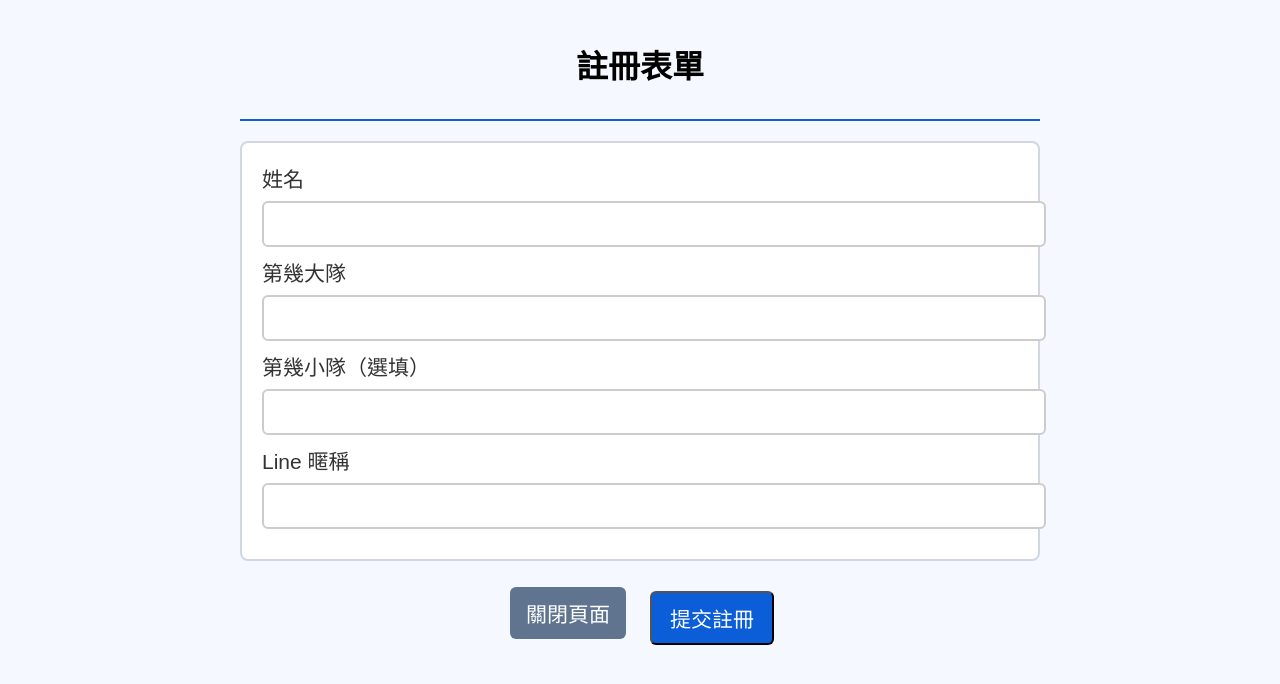
Repository: mommygoose40/register
Page: index.html
An editor plug-in stored every save of this project. The page is shown before and after the next save, followed by the edit.
The browser window is 1280 px wide. The pictures show the whole page.

Above is the page before, as saved 2025-11-11 16:50:09.

### index.html
<!DOCTYPE html>
<html lang="zh-TW">
<head>
  <meta charset="UTF-8">
  <meta name="viewport" content="width=device-width, initial-scale=1.0">
  <title>防汛志工註冊表單</title>
  <style>
    /* === 基本排版設定 === */
    body {
      font-family: Arial, sans-serif;
      background-color: #f5f8ff;  /* 背景顏色 */
      color: #000;                /* 文字顏色 */
      margin: 0;
      padding: 0;
    }

    /* 內容區域的最大寬度 */
    .container {
      max-width: 800px;
      margin: 0 auto;   /* 居中 */
      padding: 20px;
    }

    /* 頁面標題樣式 */
    .header {
      text-align: center;
      color: #000;
      border-bottom: 2px solid #0b5ed7; /* 底部藍色邊框 */
      padding-bottom: 10px;
      margin-bottom: 20px;
    }

    /* 表單區塊樣式 */
    .form-section {
      background: white;
      border-radius: 8px;
      border: 2px solid #d0d7e2;  /* 輕灰色邊框 */
      padding: 20px;
      margin-bottom: 20px;
    }

    /* 輸入框的樣式 */
    label {
      font-size: 21px;  /* 文字大小與異常類型選項一致 */
      color: #333;
      margin-bottom: 8px;
      display: inline-block;
    }

    input[type="text"],
    input[type="number"] {
      padding: 12px;
      width: 100%;  /* 確保輸入框寬度100% */
      max-width: 100%;  /* 限制最大寬度 */
      border: 2px solid #ccc;
      border-radius: 6px;
      font-size: 16px;
      margin-bottom: 10px;
    }

    /* 按鈕樣式 */
    .ui-btn {
      display: inline-flex;
      align-items: center;
      justify-content: center;
      padding: 8px 16px;         /* 減少按鈕的間距 */
      margin: 6px 4px;            /* 按鈕外邊距 */
      background: #0b5ed7;        /* 藍色按鈕背景顏色 */
      color: #fff;                /* 文字顏色 */
      border: none;               /* 去除邊框 */
      border-radius: 6px;         /* 圓角設計 */
      font-size: 21px;            /* 字體大小較小，與其他元素一致 */
      cursor: pointer;
    }

    .ui-btn:active {
      filter: brightness(0.7);  /* 按鈕被按下時的亮度變暗效果 */
    }

    /* 灰色型按鈕 */
    .ui-btn.gray {
      background: #60748f;
    }

    /* 提交按鈕 */
    .submit-btn {
      background: #0b5ed7;
      font-size: 21px;  /* 字體大小 */
      color: white;
      padding: 10px 18px;  /* 合適的按鈕間距 */
      border-radius: 6px;
      cursor: pointer;
      width: auto;  /* 調整寬度為自動 */
      margin-top: 10px;
    }

    .submit-btn:hover {
      background: #0a4a91;
    }

    /* 按鈕區域 */
    .button-group {
      display: flex;
      justify-content: center;  /* 置中按鈕 */
      gap: 20px;
      margin-top: 10px;  /* 保持間距 */
    }

    /* 去除按鈕陰影 */
    .ui-btn, .submit-btn {
      box-shadow: none;
    }

  </style>
</head>

<body>
  <div class="container">
    <div class="header">
      <h1>註冊表單</h1>
    </div>

    <div class="form-section">
      <label for="name">姓名</label>
      <input type="text" id="name" name="name" required>

      <label for="division">第幾大隊</label>
      <input type="number" id="division" name="division" required>

      <label for="team">第幾小隊（選填）</label>
      <input type="number" id="team" name="team">

      <label for="lineName">Line 暱稱</label>
      <input type="text" id="lineName" name="lineName" required>
    </div>

    <!-- 按鈕區域 -->
    <div class="button-group">
      <button class="ui-btn gray" onclick="window.close()">關閉頁面</button>
      <button class="submit-btn" type="submit" onclick="submitForm()">提交註冊</button>
    </div>
  </div>

  <script>
    function submitForm() {
      const name = document.getElementById('name').value;
      const division = document.getElementById('division').value;
      const team = document.getElementById('team').value;
      const lineName = document.getElementById('lineName').value;

      const url = `https://script.google.com/macros/s/AKfycbzhfDTfRusiKLmzM-y1mc-JrTj3jhd3k17QxInsjl-_P8O1MNzAdgyI9zkbIhBF7bMT/exec?姓名=${encodeURIComponent(name)}&大隊=${encodeURIComponent(division)}&小隊=${encodeURIComponent(team)}&Line%20暱稱=${encodeURIComponent(lineName)}`;

      fetch(url)
        .then(response => response.json())
        .then(data => {
          if (data.status === 'success') {
            showMessage('提交成功！註冊結果請等候管理員確認');
          } else {
            showMessage('提交失敗，請稍後再試');
          }
        })
        .catch(error => {
          console.error('Error:', error);
          showMessage('提交失敗，請稍後再試');
        });
    }

    function showMessage(text, onConfirm) {
      document.getElementById("customModal")?.remove();
      const overlay = document.createElement("div");
      overlay.id = "customModal";
      Object.assign(overlay.style, {
        position: "fixed",
        inset: "0",
        background: "rgba(0,0,0,0.6)",
        display: "flex",
        alignItems: "center",
        justifyContent: "center",
        zIndex: "9999",
      });
      const box = document.createElement("div");
      Object.assign(box.style, {
        background: "#fff",
        color: "#000",
        borderRadius: "12px",
        padding: "30px 40px",
        fontSize: "22px",
        textAlign: "center",
        maxWidth: "80%",
        boxShadow: "0 4px 20px rgba(0,0,0,0.3)",
      });
      box.innerHTML = text;

      const btn = document.createElement("button");
      btn.textContent = "確定";
      Object.assign(btn.style, {
        marginTop: "24px",
        fontSize: "20px",
        padding: "10px 28px",
        borderRadius: "8px",
        border: "none",
        background: "#0b5ed7",
        color: "#fff",
      });

      btn.onclick = () => {
        overlay.remove();
        requestAnimationFrame(() => {
          requestAnimationFrame(() => {
            if (typeof onConfirm === "function") onConfirm();
          });
        });
      };

      box.appendChild(document.createElement("br"));
      box.appendChild(btn);
      overlay.appendChild(box);
      document.body.appendChild(overlay);
    }
  </script>
</body>
</html>

After the next save:
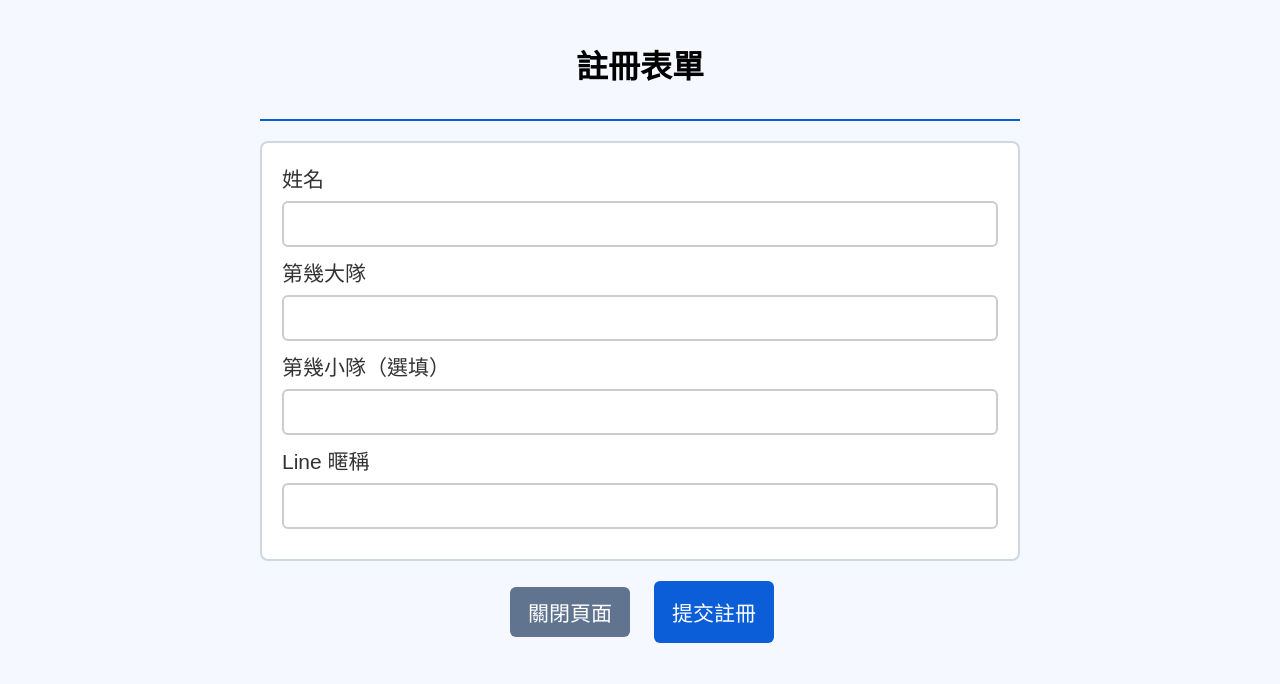
Saved 4 min 25 s later.
--- a/index.html
+++ b/index.html
@@ -19,6 +19,7 @@
       max-width: 800px;
       margin: 0 auto;   /* 居中 */
       padding: 20px;
+      box-sizing: border-box;
     }
 
     /* 頁面標題樣式 */
@@ -37,6 +38,7 @@
       border: 2px solid #d0d7e2;  /* 輕灰色邊框 */
       padding: 20px;
       margin-bottom: 20px;
+      box-sizing: border-box;
     }
 
     /* 輸入框的樣式 */
@@ -56,6 +58,7 @@
       border-radius: 6px;
       font-size: 16px;
       margin-bottom: 10px;
+      box-sizing: border-box; /* 確保padding和border包含在寬度內 */
     }
 
     /* 按鈕樣式 */
@@ -63,35 +66,31 @@
       display: inline-flex;
       align-items: center;
       justify-content: center;
-      padding: 8px 16px;         /* 減少按鈕的間距 */
+      padding: 10px 18px;         /* 調整為與提交按鈕相同 */
       margin: 6px 4px;            /* 按鈕外邊距 */
-      background: #0b5ed7;        /* 藍色按鈕背景顏色 */
+      background: #60748f;        /* 灰色背景 */
       color: #fff;                /* 文字顏色 */
       border: none;               /* 去除邊框 */
       border-radius: 6px;         /* 圓角設計 */
       font-size: 21px;            /* 字體大小較小，與其他元素一致 */
       cursor: pointer;
+      min-width: 120px;           /* 確保兩個按鈕寬度一致 */
     }
 
     .ui-btn:active {
       filter: brightness(0.7);  /* 按鈕被按下時的亮度變暗效果 */
     }
 
-    /* 灰色型按鈕 */
-    .ui-btn.gray {
-      background: #60748f;
-    }
-
     /* 提交按鈕 */
     .submit-btn {
-      background: #0b5ed7;
-      font-size: 21px;  /* 字體大小 */
+      background: #0b5ed7;        /* 藍色背景 */
+      font-size: 21px;            /* 字體大小 */
       color: white;
-      padding: 10px 18px;  /* 合適的按鈕間距 */
+      padding: 10px 18px;         /* 合適的按鈕間距 */
       border-radius: 6px;
       cursor: pointer;
-      width: auto;  /* 調整寬度為自動 */
-      margin-top: 10px;
+      border: none;               /* 去除邊框 */
+      min-width: 120px;           /* 確保兩個按鈕寬度一致 */
     }
 
     .submit-btn:hover {
@@ -136,7 +135,7 @@
 
     <!-- 按鈕區域 -->
     <div class="button-group">
-      <button class="ui-btn gray" onclick="window.close()">關閉頁面</button>
+      <button class="ui-btn" onclick="window.close()">關閉頁面</button>
       <button class="submit-btn" type="submit" onclick="submitForm()">提交註冊</button>
     </div>
   </div>
